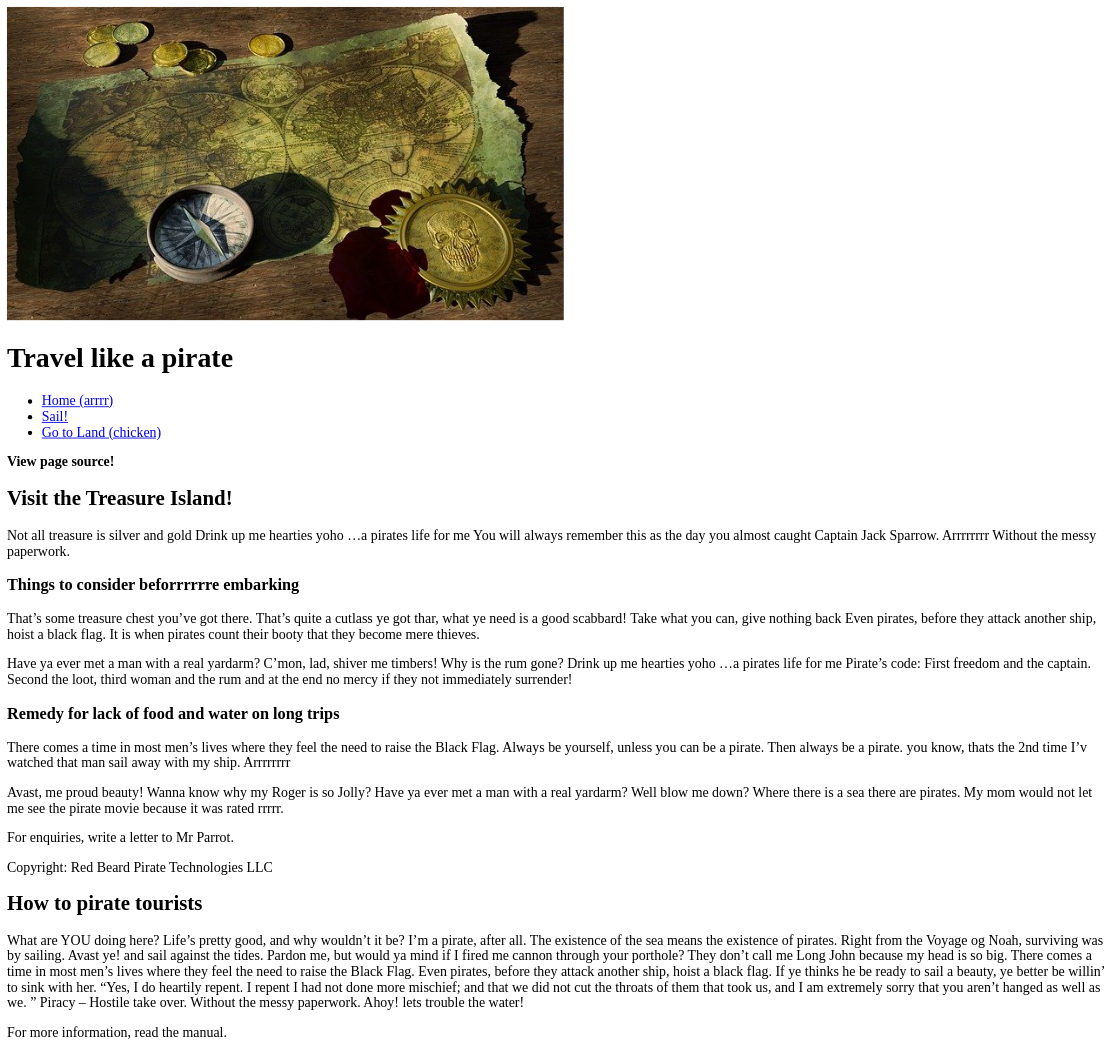
Repository: Colo-Codes/code-practice
Page: 01-html-practice-4.html
These files come from the project's save history. The page is drawn as it stood at one moment and after the next save; the edit follows.
The browser window is 1280 px wide. The pictures show the whole page, at 87% of full size.

Above is the page before, as saved 2021-04-23 10:10:00.

After the next save:
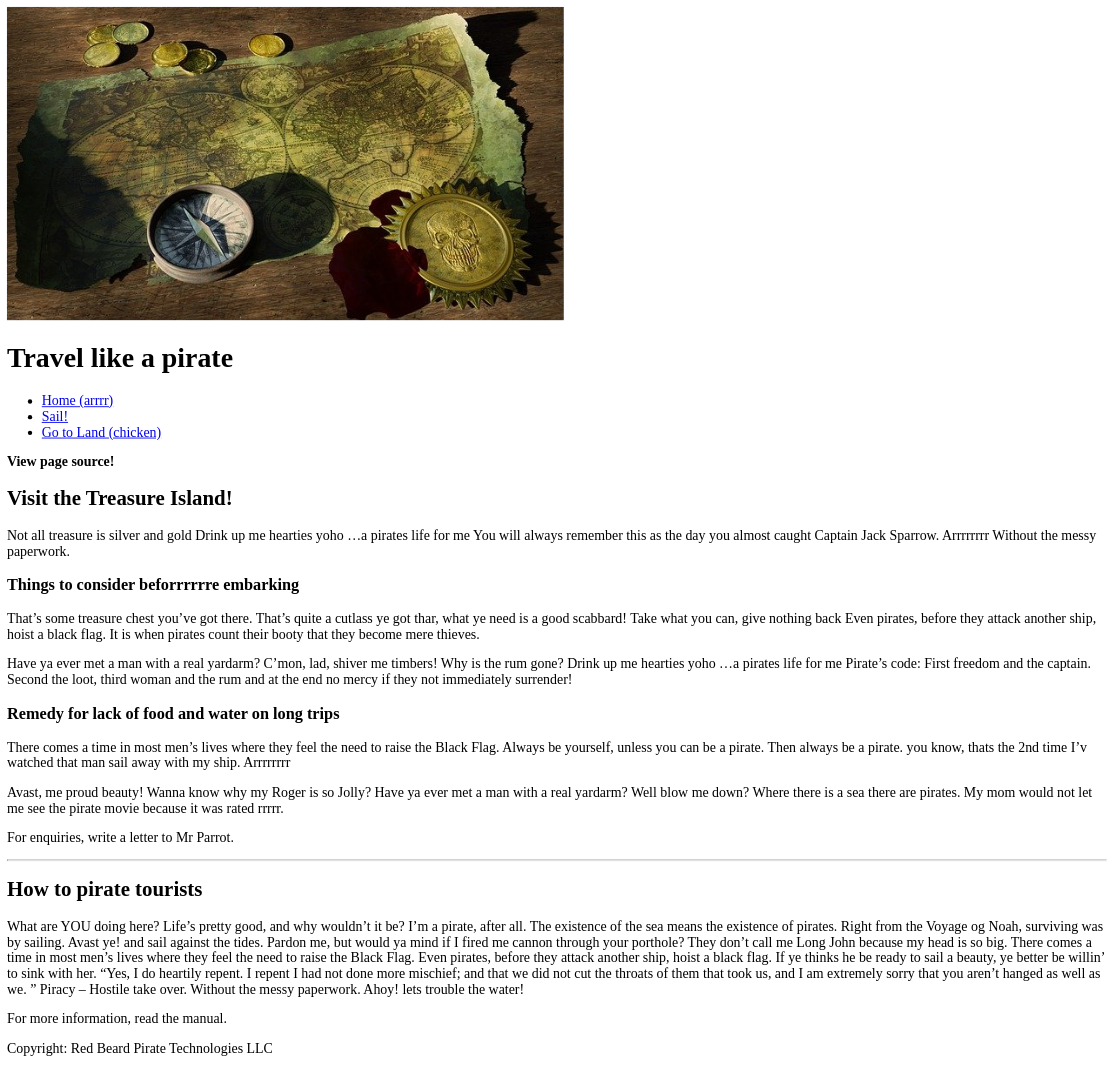
Saved 85 s later.
--- a/01-html-practice-4.html
+++ b/01-html-practice-4.html
@@ -61,11 +61,8 @@
                 <p>For enquiries, write a letter to Mr Parrot.</p>
             </footer>
         </article>
-        <!-- Page footer -->
-        <footer>
-            <p>Copyright: Red Beard Pirate Technologies LLC</p>
-        </footer>
     </section>
+    <hr>
     <section id="pirating-tourists">
         <article>
             <header>
@@ -87,6 +84,10 @@
             </footer>
         </article>
     </section>
+    <!-- Page footer -->
+    <footer>
+        <p>Copyright: Red Beard Pirate Technologies LLC</p>
+    </footer>
 </body>
 
 </html>
